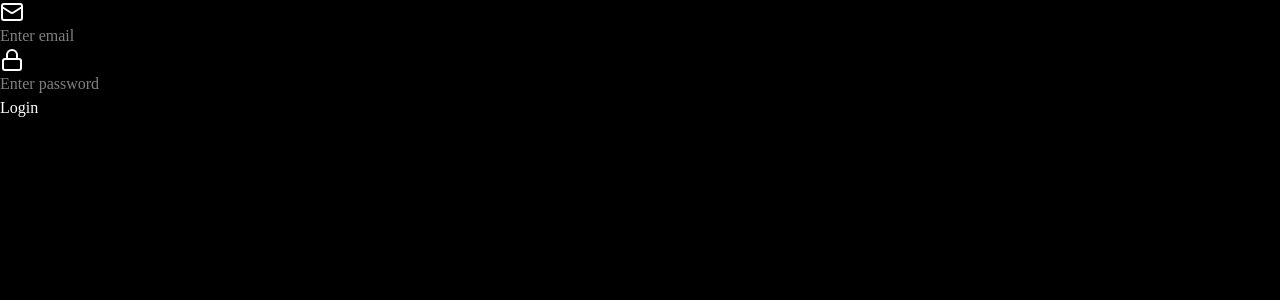
Repository: Aayushi014/React_project
Page: / (app in project01/)
The author's editor kept a copy of each file at every save. The page is drawn from the files as they stood at one save, then again after the next save.
The browser window is 1280 px wide. The pictures show the whole page.
The project was rebuilt for these pictures with package versions that can differ from the ones it lists, and the page was loaded fresh each time. Also part of the build but not shown: project01/vite.config.js, project01/src/component/other/Header.jsx, project01/src/component/other/TaskNumber.jsx, project01/src/component/TaskList/Tasklist.jsx, project01/src/component/Dasboard/EmployeeDasboard.jsx, project01/src/component/other/Createtask.jsx, project01/src/component/other/Alltask.jsx, project01/src/component/Dasboard/AdminDashboard.jsx.

Above is the page before, as saved 2026-02-15 16:05:26.

### project01/index.html
<!doctype html>
<html lang="en">
  <head>
    <meta charset="UTF-8" />
    <link rel="icon" type="image/svg+xml" href="/vite.svg" />
    <meta name="viewport" content="width=device-width, initial-scale=1.0" />
    <title>project01</title>
  </head>
  <body>
    <div id="root"></div>
    <script type="module" src="/src/main.jsx"></script>
  </body>
</html>

### project01/src/main.jsx
import { StrictMode } from 'react'
import { createRoot } from 'react-dom/client'
import './index.css'
import App from './App.jsx'
import AuthContext from './Context/AuthContext.jsx'
import TaskContext from './Context/TaskContext.jsx'

createRoot(document.getElementById('root')).render(
  <StrictMode>
    <AuthContext>
      <TaskContext>
        <App />
      </TaskContext>
    </AuthContext>
  </StrictMode>,
)

### project01/src/index.css
@import "tailwindcss";
body{
    background-color: black;
    color:white;
}
#tasklist::-webkit-scrollbar{
    display:none;
}
#alltask::-webkit-scrollbar{
    display:none;
}

### project01/src/App.jsx
import React, { use, useEffect } from 'react'
import Login from './component/Auth/Login'
import EmployeeDasboard from './component/Dasboard/EmployeeDasboard'
import AdminDashboard from './component/Dasboard/AdminDashboard'

const App = () => {
  useEffect(() => {

  },)
  return (
    <div>
      <Login/>
      {/* <EmployeeDasboard/> */}
      {/* <AdminDashboard/> */}
    </div>
  )
}

export default App

### project01/src/Context/AuthContext.jsx
import React from 'react'

const AuthContext = ({children}) => {
  return (
    <div>
      {children}
    </div>
  )
}

export default AuthContext

### project01/src/Context/TaskContext.jsx
import React from 'react'

const TaskContext = ({children}) => {
  return (
    <div>
      {children}
    </div>
  )
}

export default TaskContext

### project01/src/component/Auth/Login.jsx
import React from 'react'
import { Mail } from 'lucide-react';
import { Lock } from 'lucide-react';
import { useState } from 'react';
const Login = () => {
  const[email,setEmail] = useState('')
  const[password,setPassword] = useState('')
  const submitHandler = (e) =>{
     e.preventDefault()
     setEmail('')
     setPassword('')
  }
  return (
    <div className = 'flex h-screen w-screen justify-center items-center'>
      <div className='relative rounded border-2 p-20 border-emerald-600'>
        <form onSubmit={submitHandler} className='flex flex-col justify-center items-center'>
          <div className = 'relative w-full'>
            <Mail className='absolute left-3 pr-0.5 top-1/2 -translate-y-1/2 text-emerald-600'/>
            <input required className = 'rounded border-2 border-emerald-600 p-2 pl-10' type = 'email'
            value = {email}
            onChange={(e)=>{
              setEmail(e.target.value)
            }} placeholder = 'Enter email'/>
          </div>
          <div className='relative w-full'>
            <Lock className='absolute left-3 pr-0.5 top-1/2 -translate-y-1/2 text-emerald-600'/>
            <input required className = 'rounded mt-2 border-2 pl-10 border-emerald-600 p-2' type = 'password'
             value = {password}
            onChange={(e)=>{
              setPassword(e.target.value)
            }}placeholder = 'Enter password'/>
          </div>
          <button className = "bg-emerald-600 mt-2 p-1 rounded w-full active:scale-90 cursor-pointer">Login</button>
        </form>
      </div>
    </div>
  )
}

export default Login

### project01/src/utils/localStorage.jsx

  const employees = [
    {
      "id": 1,
      "email": "employee1@example.com",
      "password": "123",
      "tasks": [
        {
          "active": true,
          "newTask": true,
          "completed": false,
          "failed": false,
          "taskTitle": "Design Login Page",
          "taskDescription": "Create responsive login UI using React and Tailwind.",
          "taskDate": "2026-02-14",
          "category": "Design"
        },
        {
          "active": true,
          "newTask": false,
          "completed": false,
          "failed": false,
          "taskTitle": "Fix Navbar Bug",
          "taskDescription": "Resolve mobile view alignment issue.",
          "taskDate": "2026-02-15",
          "category": "Bug Fix"
        },
        {
          "active": false,
          "newTask": false,
          "completed": true,
          "failed": false,
          "taskTitle": "Create Dashboard Layout",
          "taskDescription": "Build employee dashboard structure.",
          "taskDate": "2026-02-10",
          "category": "Development"
        }
      ]
    },
    {
      "id": 2,
      "email": "employee2@example.com",
      "password": "123",
      "tasks": [
        {
          "active": true,
          "newTask": true,
          "completed": false,
          "failed": false,
          "taskTitle": "API Integration",
          "taskDescription": "Integrate employee API with frontend.",
          "taskDate": "2026-02-16",
          "category": "Backend"
        },
        {
          "active": false,
          "newTask": false,
          "completed": true,
          "failed": false,
          "taskTitle": "Update Profile Page",
          "taskDescription": "Add profile image upload feature.",
          "taskDate": "2026-02-11",
          "category": "Enhancement"
        },
        {
          "active": false,
          "newTask": false,
          "completed": false,
          "failed": true,
          "taskTitle": "Deploy Build",
          "taskDescription": "Deploy project on production server.",
          "taskDate": "2026-02-09",
          "category": "Deployment"
        },
        {
          "active": true,
          "newTask": false,
          "completed": false,
          "failed": false,
          "taskTitle": "Write Unit Tests",
          "taskDescription": "Add test cases for login module.",
          "taskDate": "2026-02-17",
          "category": "Testing"
        }
      ]
    },
    {
      "id": 3,
      "email": "employee3@example.com",
      "password": "123",
      "tasks": [
        {
          "active": true,
          "newTask": true,
          "completed": false,
          "failed": false,
          "taskTitle": "Create Landing Page",
          "taskDescription": "Design homepage banner and sections.",
          "taskDate": "2026-02-14",
          "category": "Design"
        },
        {
          "active": false,
          "newTask": false,
          "completed": true,
          "failed": false,
          "taskTitle": "Optimize Images",
          "taskDescription": "Compress and optimize website images.",
          "taskDate": "2026-02-08",
          "category": "Optimization"
        },
        {
          "active": false,
          "newTask": false,
          "completed": false,
          "failed": true,
          "taskTitle": "Fix API Error",
          "taskDescription": "Resolve 500 error in employee API.",
          "taskDate": "2026-02-12",
          "category": "Bug Fix"
        }
      ]
    },
    {
      "id": 4,
      "email": "employee4@example.com",
      "password": "123",
      "tasks": [
        {
          "active": true,
          "newTask": true,
          "completed": false,
          "failed": false,
          "taskTitle": "Implement Dark Mode",
          "taskDescription": "Add dark mode toggle feature.",
          "taskDate": "2026-02-18",
          "category": "Feature"
        },
        {
          "active": true,
          "newTask": false,
          "completed": false,
          "failed": false,
          "taskTitle": "Refactor Code",
          "taskDescription": "Clean and optimize dashboard code.",
          "taskDate": "2026-02-19",
          "category": "Refactor"
        },
        {
          "active": false,
          "newTask": false,
          "completed": true,
          "failed": false,
          "taskTitle": "Setup Routing",
          "taskDescription": "Configure React Router for project.",
          "taskDate": "2026-02-07",
          "category": "Development"
        },
        {
          "active": false,
          "newTask": false,
          "completed": false,
          "failed": true,
          "taskTitle": "Fix Build Errors",
          "taskDescription": "Resolve Vite build issues.",
          "taskDate": "2026-02-06",
          "category": "Bug Fix"
        }
      ]
    },
    {
      "id": 5,
      "email": "employee5@example.com",
      "password": "123",
      "tasks": [
        {
          "active": true,
          "newTask": true,
          "completed": false,
          "failed": false,
          "taskTitle": "Create Notification System",
          "taskDescription": "Add toast notification feature.",
          "taskDate": "2026-02-20",
          "category": "Feature"
        },
        {
          "active": false,
          "newTask": false,
          "completed": true,
          "failed": false,
          "taskTitle": "Database Setup",
          "taskDescription": "Setup MongoDB connection.",
          "taskDate": "2026-02-05",
          "category": "Backend"
        },
        {
          "active": true,
          "newTask": false,
          "completed": false,
          "failed": false,
          "taskTitle": "Create Form Validation",
          "taskDescription": "Implement validation for employee form.",
          "taskDate": "2026-02-16",
          "category": "Validation"
        }
      ]
    }
  ];
  const admin = [
    {
      "id": 101,
      "email": "admin@example.com",
      "password": "123"
    }
  ];

  export  const setLocalStorage = () => {
    localStorage.setItem("employees", JSON.stringify(employees));
    localStorage.setItem("admin", JSON.stringify(admin));
  };
  export const getEmployeesFromLocalStorage = () => {
    const employeesData = localStorage.getItem("employees");
    return employeesData ? JSON.parse(employeesData) : [];
  }

After the next save:
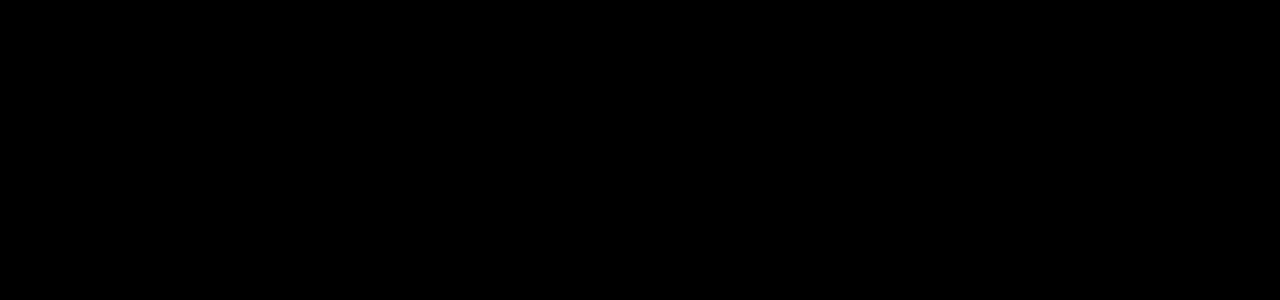
Console error: ReferenceError: setLO is not defined
Saved 8 s later.
--- a/project01/src/App.jsx
+++ b/project01/src/App.jsx
@@ -5,7 +5,7 @@
 
 const App = () => {
   useEffect(() => {
-
+    setLO
   },)
   return (
     <div>

After the 3 saves that followed:
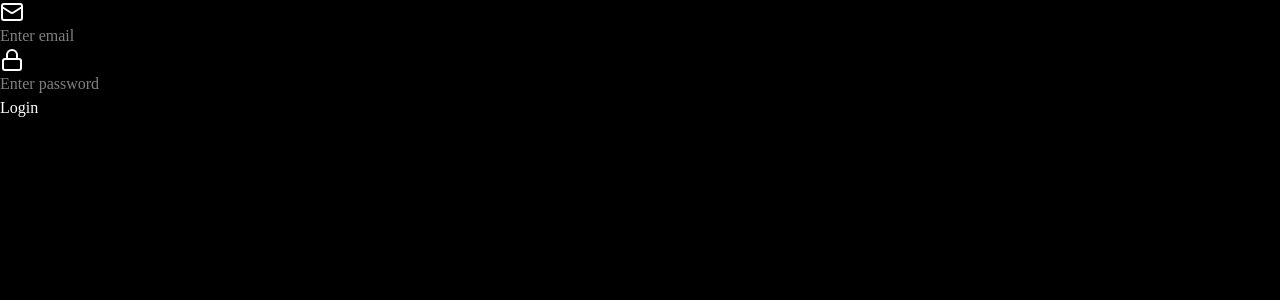
The error is gone.
The 3 saves are shown as one change because they came seconds apart.
The last was saved 10 s later.
--- a/project01/src/App.jsx
+++ b/project01/src/App.jsx
@@ -2,10 +2,11 @@
 import Login from './component/Auth/Login'
 import EmployeeDasboard from './component/Dasboard/EmployeeDasboard'
 import AdminDashboard from './component/Dasboard/AdminDashboard'
+import { setLocalStorage } from './utils/localStorage'
 
 const App = () => {
   useEffect(() => {
-    setLO
+    setLocalStorage();
   },)
   return (
     <div>
